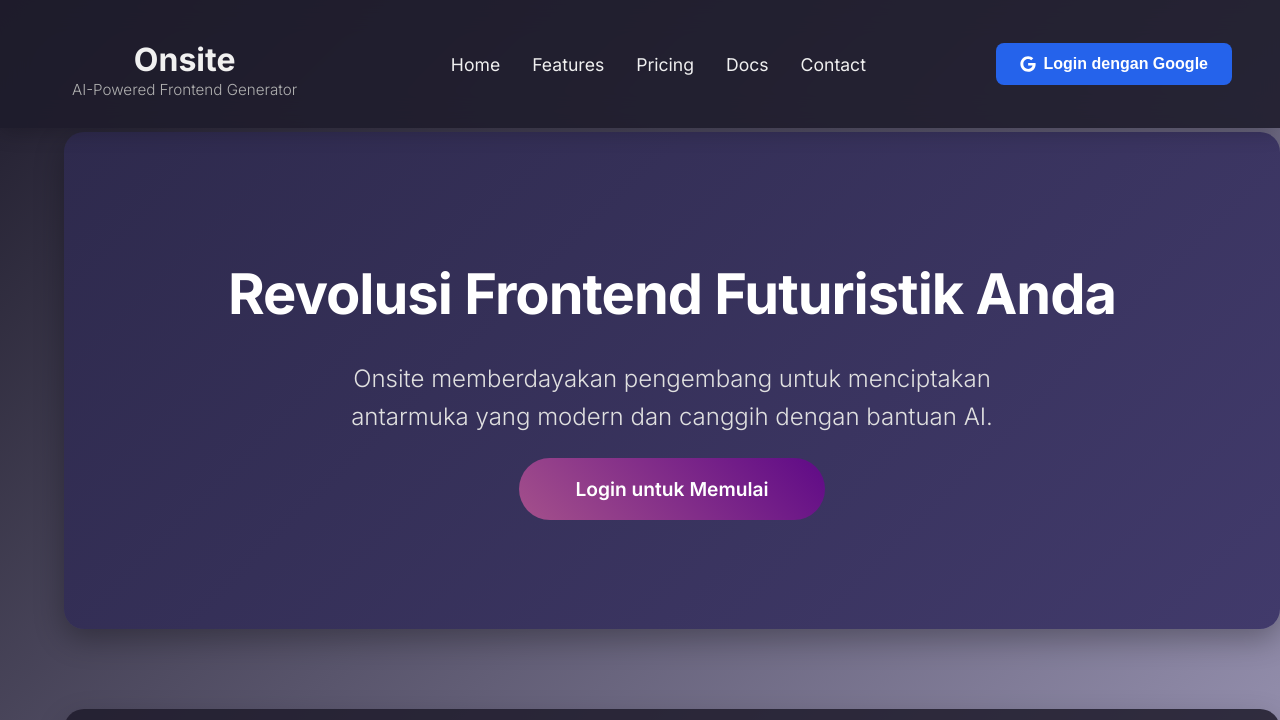
Repository: arifsoul/onsite
Page: / (app in onsite/)
These files come from the project's save history. The page is drawn as it stood at one moment and after the next save; the edit follows.
The browser window is 1280 px wide. The pictures show the whole page.
An inner scrolling area shows only its first screen. The project was rebuilt for these pictures with package versions that can differ from the ones it lists, and the page was loaded fresh each time. Also part of the build but not shown: onsite/vite.config.js, onsite/src/components/Editor/CSSPanel.jsx, onsite/src/components/Editor/JSPanel.jsx, onsite/src/components/Editor/ComponentEditor.css, onsite/src/components/Editor/ComponentEditor.jsx, onsite/src/components/Preview/LivePreview.css, onsite/src/components/Preview/LivePreview.jsx, onsite/src/pages/Editor.css and 3 more.

Above is the page before, as saved 2025-04-14 17:42:03.

After the next save:
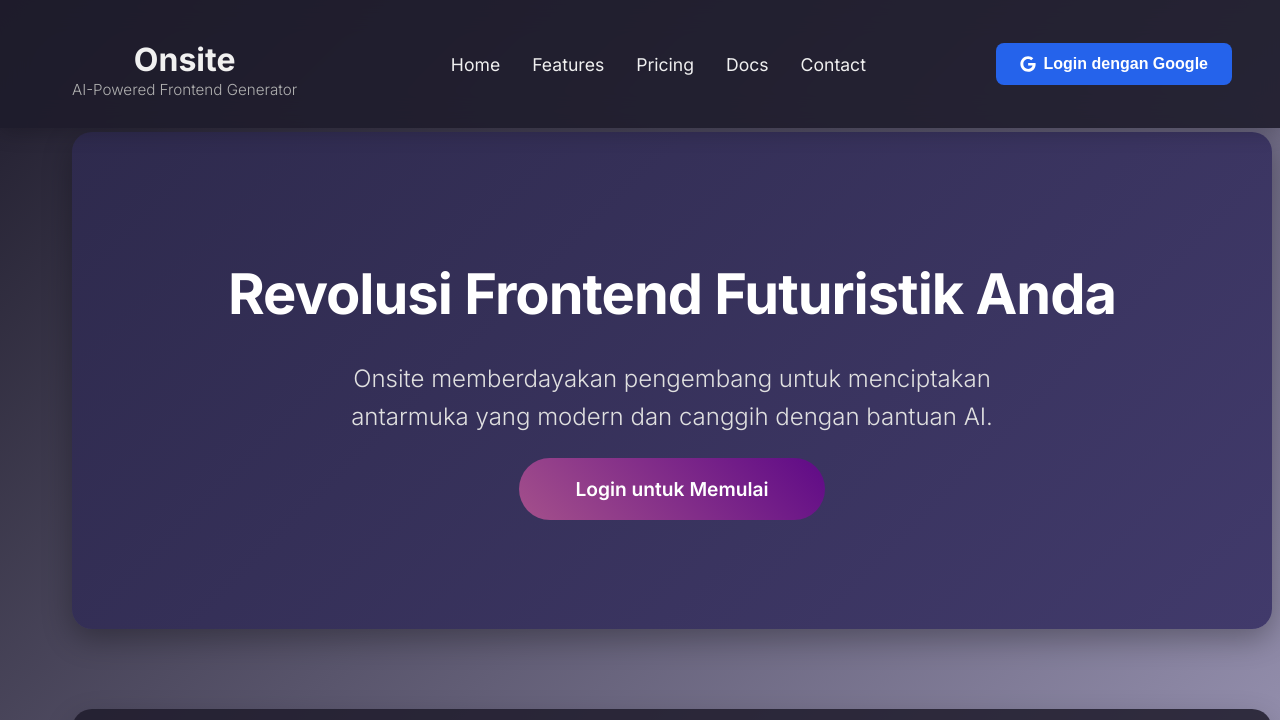
Saved 2 min 37 s later.
--- a/onsite/src/pages/Home.css
+++ b/onsite/src/pages/Home.css
@@ -66,10 +66,18 @@
   transform: translateY(-2px);
 }
 
-/* Main Content */
+/* Menyesuaikan padding pada home-main */
 .home-main {
-  padding: 100px 2rem 3rem;
-}
+    padding: 100px 0 3rem; /* Hanya padding atas dan bawah */
+  }
+
+  /* Membatasi lebar dan memusatkan section */
+  .hero-section,
+  .description-section,
+  .code-playground {
+    max-width: 1200px;
+    margin: 0 auto;
+  }
 
 .hero-section {
   text-align: center;

After the save that followed:
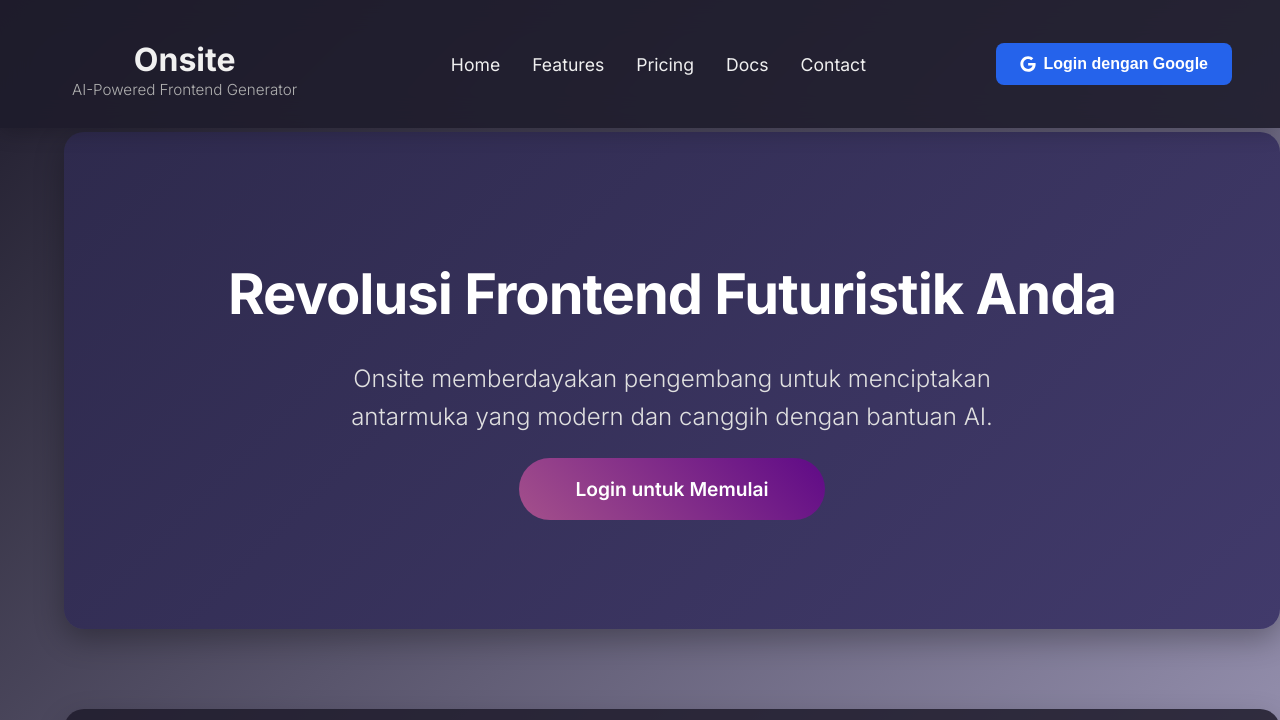
Saved 35 s later.
--- a/onsite/src/pages/Home.css
+++ b/onsite/src/pages/Home.css
@@ -66,18 +66,10 @@
   transform: translateY(-2px);
 }
 
-/* Menyesuaikan padding pada home-main */
+/* Main Content */
 .home-main {
-    padding: 100px 0 3rem; /* Hanya padding atas dan bawah */
-  }
-
-  /* Membatasi lebar dan memusatkan section */
-  .hero-section,
-  .description-section,
-  .code-playground {
-    max-width: 1200px;
-    margin: 0 auto;
-  }
+  padding: 100px 2rem 2rem;
+}
 
 .hero-section {
   text-align: center;
